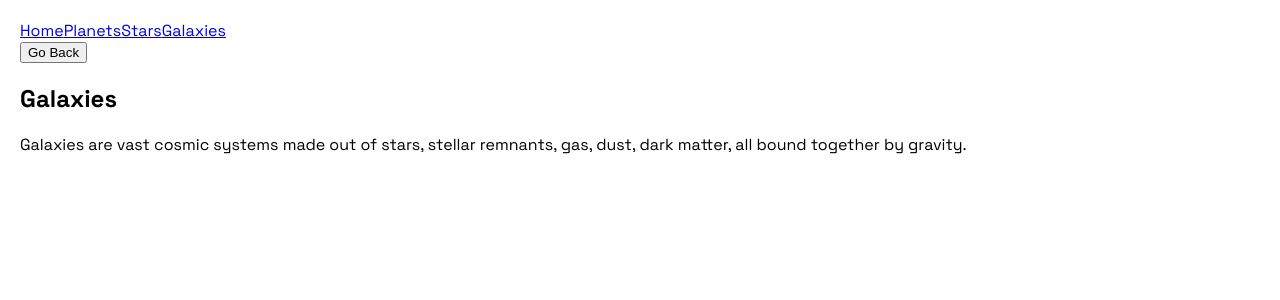
Repository: rmdayberry/Cosmic-Encyclopedia
Page: /galaxies
These files come from the project's save history. The page is drawn as it stood at one moment and after the next save; the edit follows.
The browser window is 1280 px wide. The pictures show the whole page.
The project was rebuilt for these pictures with package versions that can differ from the ones it lists, and the page was loaded fresh each time. Also part of the build but not shown: vite.config.js, src/pages/Homepage.js.

Above is the page before, as saved 2024-08-31 10:19:17.

After the next save:
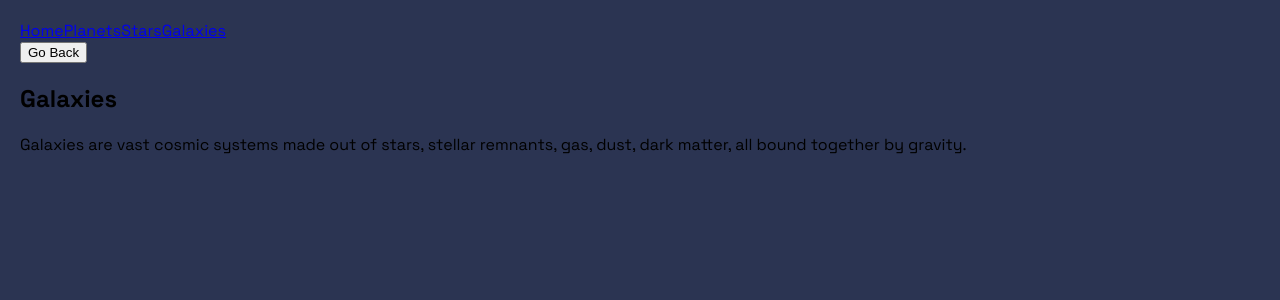
Saved 46 s later.
--- a/src/index.css
+++ b/src/index.css
@@ -4,4 +4,5 @@ body {
   margin: 0;
   padding: 20px;
   font-family: "Space Grotesk";
+  background-color: #2b3452;
 }
